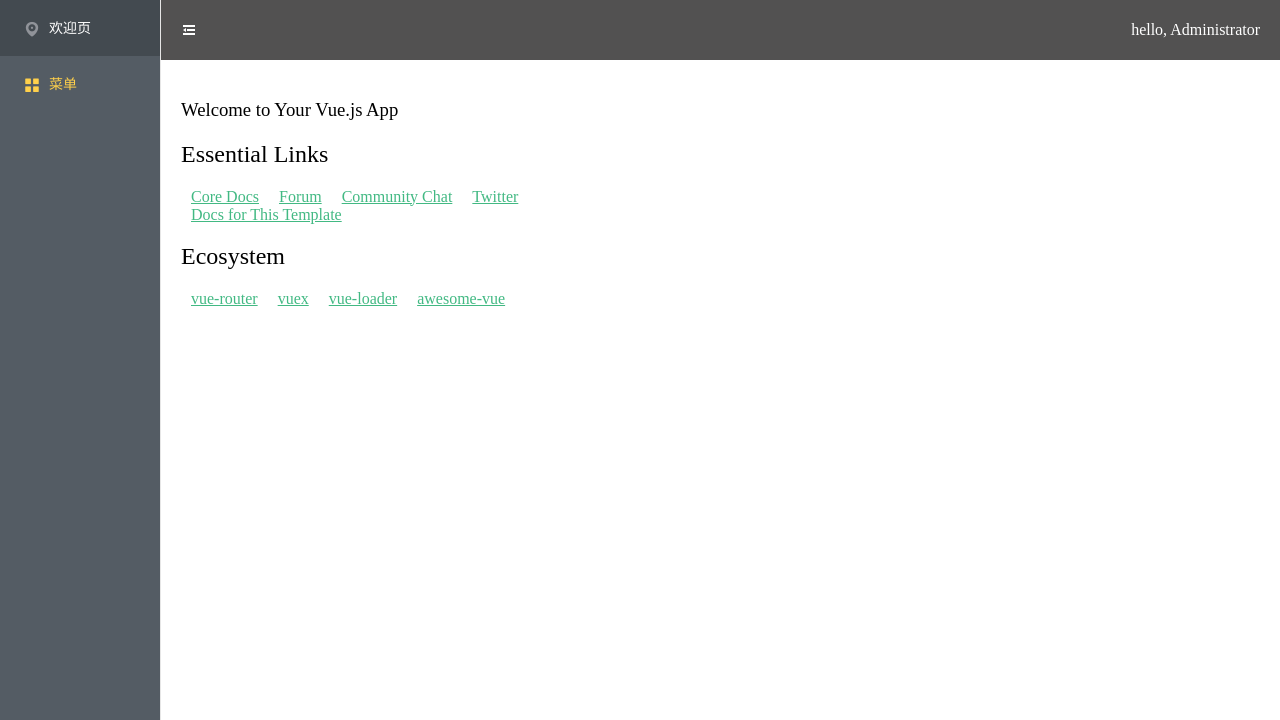
Repository: qianxuebing/admin
Page: /HelloWorld
An editor plug-in stored every save of this project. The page is shown before and after the next save, followed by the edit.
The browser window is 1280 px wide. The pictures show the whole page.
The project was rebuilt for these pictures with package versions that can differ from the ones it lists, and the page was loaded fresh each time. Imported but missing from the stored project, and not drawn on this page: src/views/home/Home.

Above is the page before, as saved 2019-12-09 16:20:22.

### src/main.js
// The Vue build version to load with the `import` command
// (runtime-only or standalone) has been set in webpack.base.conf with an alias.
import Vue from 'vue'
import App from './App'
import router from './router'
import ElementUI from 'element-ui'
import 'element-ui/lib/theme-chalk/index.css'
import store from './store/index'

Vue.use(ElementUI)

Vue.config.productionTip = false

/* eslint-disable no-new */
new Vue({
  el: '#app',
  router,
  store,
  components: { App },
  template: '<App/>'
})

### src/App.vue
<template>
  <div id="app">
    <router-view/>
  </div>
</template>

<script>
export default {
  name: 'App'
}
</script>

<style>
html,body {
  height: 100%;
  overflow: hidden;
  margin: 0;
  padding: 0;
}
  #app {
    height: 100%;
  }
</style>

### src/router/index.js
import Vue from 'vue'
import Router from 'vue-router'
import HelloWorld from '@/components/HelloWorld'
import Home from '@/views/home/Home'
import Layout from '@/views/layout/Layout'

Vue.use(Router)

export default new Router({
  mode: 'history',
  routes: [
    {
      path: '/',
      component: Layout,
      children: [
        {
          path: '/',
          name: 'Home',
          component: Home
        },
        {
          path: '/HelloWorld',
          name: 'HelloWorld',
          component: HelloWorld
        }
      ]
    }
  ]
})

### src/store/index.js
import Vue from 'vue'
import Vuex from 'vuex'

Vue.use(Vuex)

const store = new Vuex.Store({
  state: {
    isActive: false
  },
  getters: {

  },
  mutations: {
    TOGGLE_SIDEBAR (state) {
      state.isActive = !state.isActive
    }
  },
  actions: {
    toggleSideBar ({commit}) {
      commit('TOGGLE_SIDEBAR')
    }
  }
})

export default store

### src/views/layout/Layout.vue
<template>
  <el-container class="container">
      <side-bar></side-bar>
      <el-container>
          <el-header class="header">
            <nav-bar></nav-bar>
          </el-header>
          <el-main>
            <router-view></router-view>
          </el-main>
      </el-container>
  </el-container>
</template>

<script>
import SideBar from '../../components/SideBar'
import NavBar from '../../components/NavBar'
export default {
  components: {
    SideBar,
    NavBar
  }
}
</script>

<style>
  .container{
    height: 100%;
  }
  .header{
    background: rgb(82, 81, 81);
    color: #fff;
  }
</style>

### src/components/SideBar.vue
<template>
  <el-menu router :default-active="$route.path" class="el-menu-vertical-demo menu" :collapse="isActive" background-color="#545c64" text-color="#fff"  acitve-background-color="#001528" active-text-color="#ffd04b">
    <template v-for="item in sideBarData">
      <el-menu-item :index="item.path" :key="item.id">
        <i :class="item.icon"></i>
        <span slot="title">{{ item.title }}</span>
      </el-menu-item>
    </template>
  </el-menu>
</template>

<script>
import { mapState } from 'vuex'
import sideBarData from './mock.js'
export default {
  data () {
    return {
      sideBarData: sideBarData
    }
  },
  computed: {
    ...mapState(['isActive'])
  }
}
</script>

<style>
  .menu {
    height: 100%;
    overflow: auto;
    border: 0;
  }
  .el-menu-vertical-demo:not(.el-menu--collapse) {
    width: 160px;
  }
</style>

### src/components/NavBar.vue
<template>
  <div class="header-inner">
    <i :class="`${isActive ? 'el-icon-s-unfold' : 'el-icon-s-fold'}`" @click="toggleSideBar"></i>
    <span>hello, Administrator</span>
  </div>
</template>

<script>
import { mapState } from 'vuex'
export default {
  computed: {
    ...mapState(['isActive'])
  },
  methods: {
    toggleSideBar () {
      this.$store.dispatch('toggleSideBar')
    }
  }
}
</script>

<style>
  .header-inner{
    height: 60px;
    display: flex;
    justify-content: space-between;
    align-items: center;
  }
</style>

### src/components/mock.js
const sideBarData = [
  {
    id: '01',
    path: '/',
    title: '欢迎页',
    icon: 'el-icon-location'
  }, {
    id: '02',
    path: '/HelloWorld',
    title: '菜单',
    icon: 'el-icon-menu'
  }
]

export default sideBarData

Loaded but not shown: index.html (common file); src/components/HelloWorld.vue (common file)

After the next save:
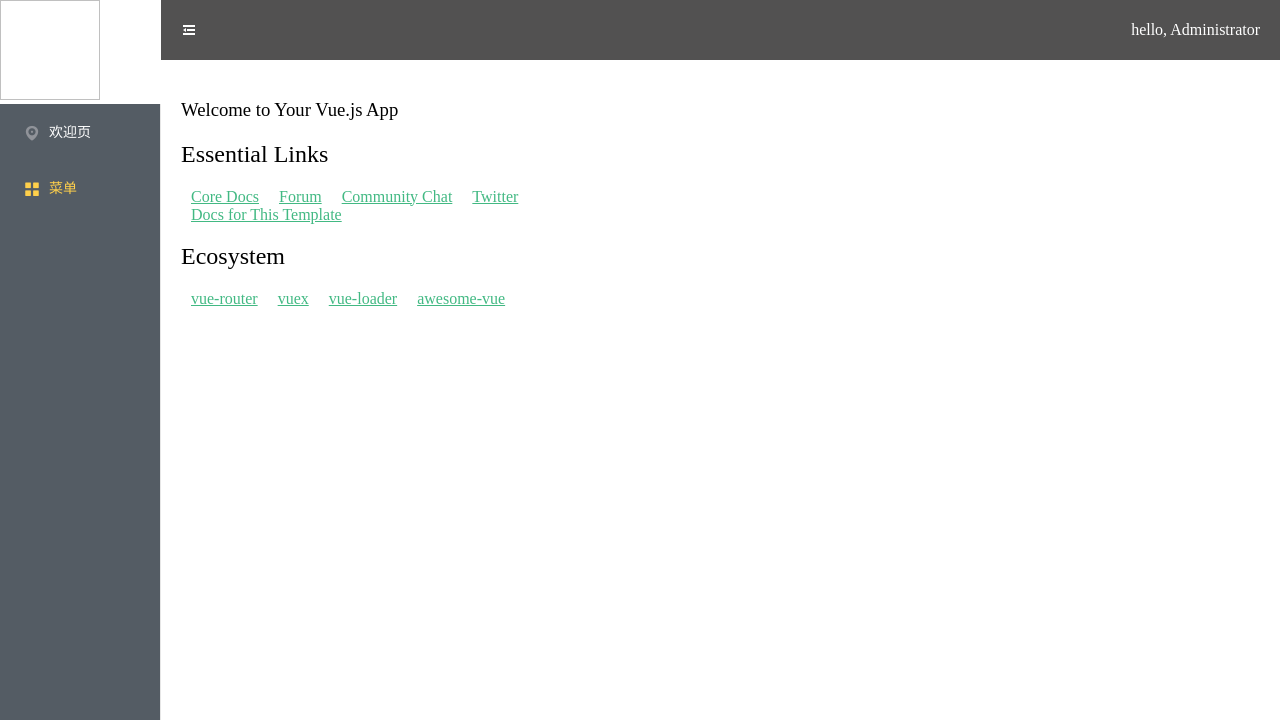
Saved 3 min 33 s later.
--- a/src/components/SideBar.vue
+++ b/src/components/SideBar.vue
@@ -1,4 +1,10 @@
 <template>
+<div>
+  <el-image
+    style="width: 100px; height: 100px"
+    :src="url"
+    :fit="fit">
+  </el-image>
   <el-menu router :default-active="$route.path" class="el-menu-vertical-demo menu" :collapse="isActive" background-color="#545c64" text-color="#fff"  acitve-background-color="#001528" active-text-color="#ffd04b">
     <template v-for="item in sideBarData">
       <el-menu-item :index="item.path" :key="item.id">
@@ -7,6 +13,7 @@
       </el-menu-item>
     </template>
   </el-menu>
+</div>
 </template>
 
 <script>
